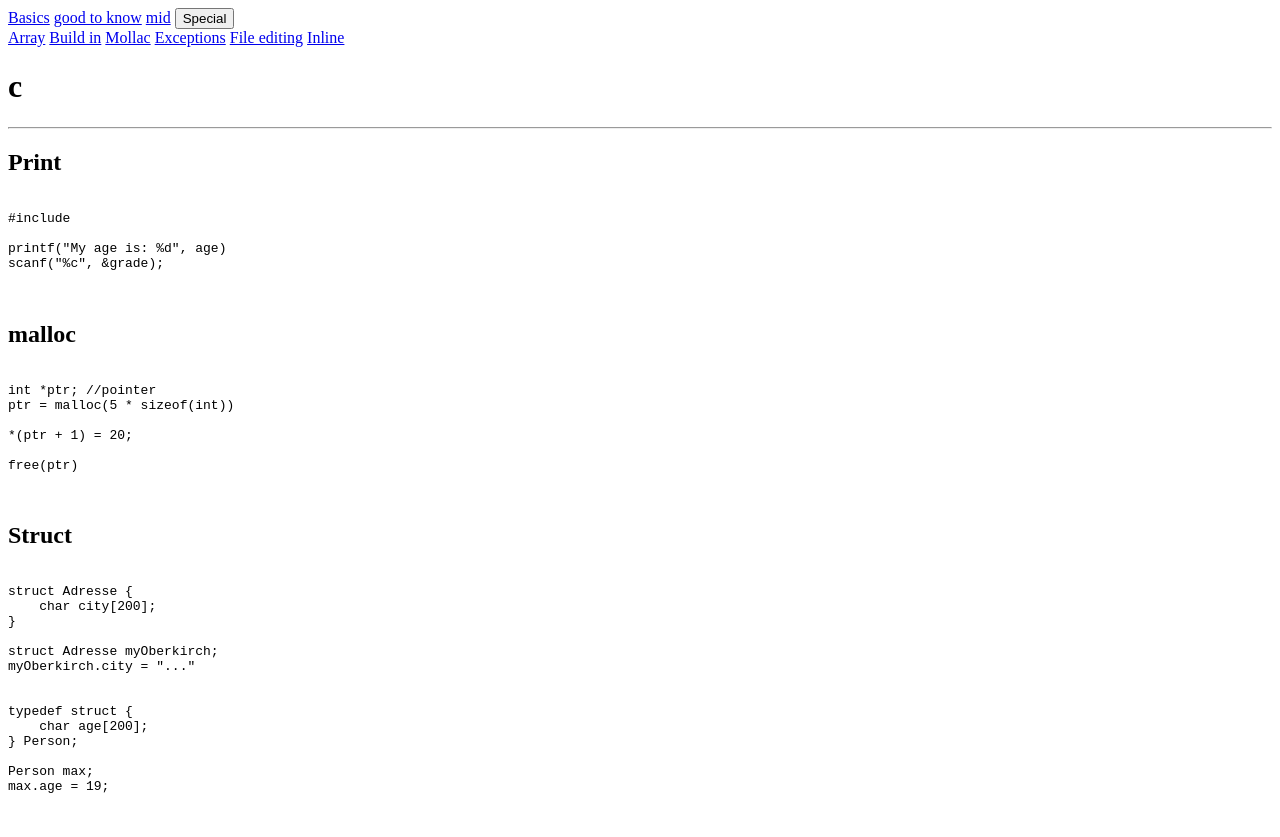
Repository: Max-Rohrhirsch/Max-Rohrhirsch.github.io
Page: documentation/languages/c.html
The author's editor kept a copy of each file at every save. The page is drawn from the files as they stood at one save, then again after the next save.
The browser window is 1280 px wide. The pictures show the whole page.

Above is the page before, as saved 2023-10-06 23:31:53.

After the next save:
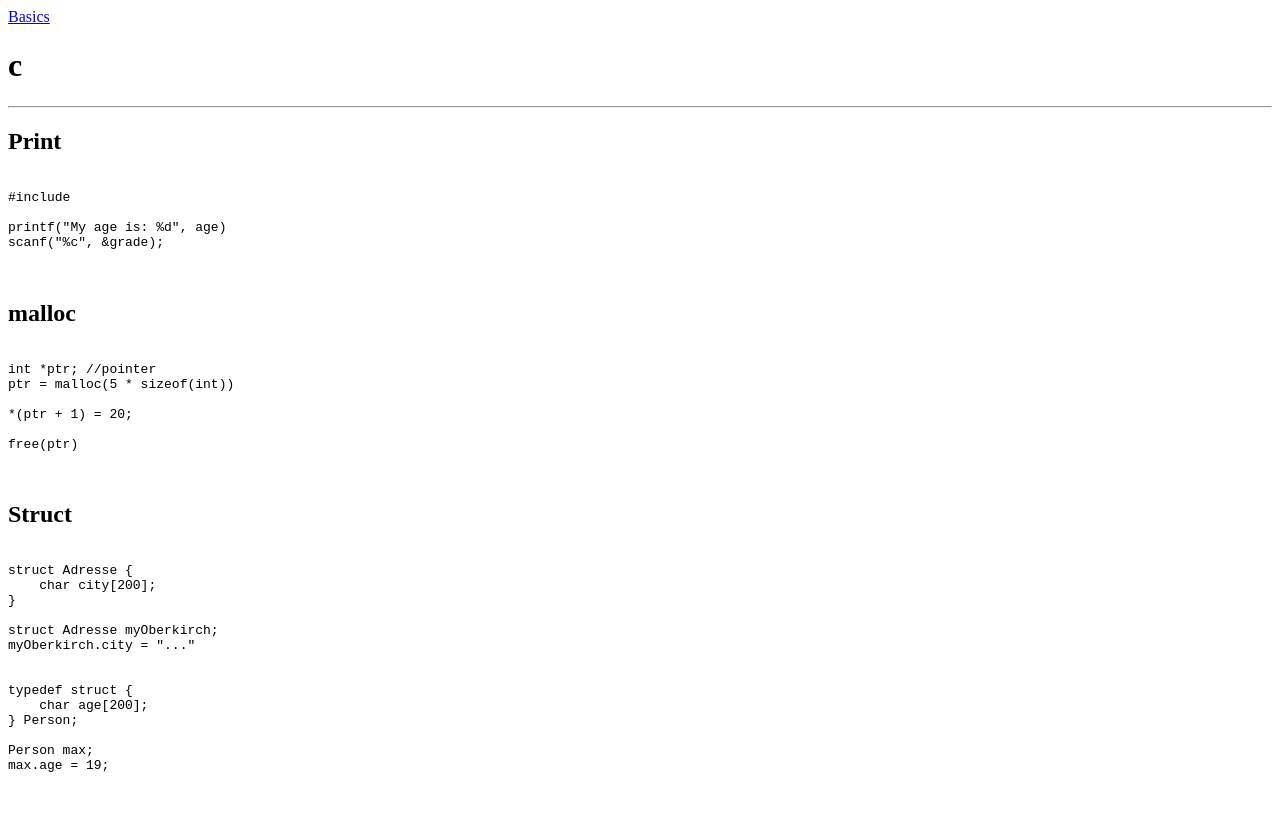
Saved 17 s later.
--- a/documentation/languages/c.html
+++ b/documentation/languages/c.html
@@ -3,20 +3,7 @@
 
         <!-- ------ SIDE NAVIGATION BAR ----- -->
         <div class="sidenav">
-            <a href="/documentation/languages/c/c.html">Basics</a>
-            <a href="/documentation/languages/c/know.html">good to know</a>
-            <a href="/documentation/languages/c/mid.html">mid</a>
-            <button class="dropdown-btn">Special
-                <i class="fa fa-caret-down"></i>
-            </button>
-            <div class="dropdown-container">
-                <a href="/documentation/languages/c/array.html">Array</a>
-                <a href="/documentation/languages/c/build.html">Build in</a>
-                <a href="/documentation/languages/c/mollac.html">Mollac</a>
-                <a href="/documentation/languages/c/exception.html">Exceptions</a>
-                <a href="/documentation/languages/c/file.html">File editing</a>
-                <a href="/documentation/languages/c/inlign.html">Inline</a>
-            </div>
+            <a href="/documentation/languages/c.html">Basics</a>
         </div>
 
         <!-- ------ MAIN CONTENT ----- -->
